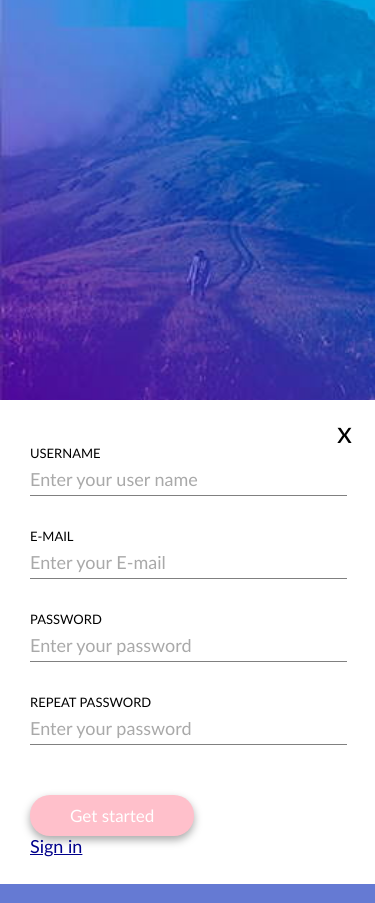
Repository: RugileG/registracijos-forma
Page: index.html
An editor plug-in stored every save of this project. The page is shown before and after the next save, followed by the edit.
The browser window is 375 px wide. The pictures show the whole page.

Above is the page before, as saved 2021-05-19 11:13:59.

After the next save:
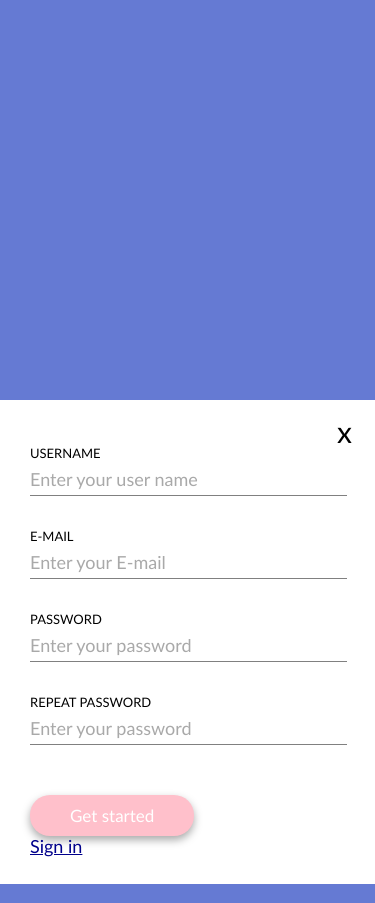
Saved 39 s later.
--- a/index.html
+++ b/index.html
@@ -199,6 +199,10 @@
             .links {
                 display:none;
             }
+
+            .left-column-container {
+                background: none;
+            }
         }
 
 
